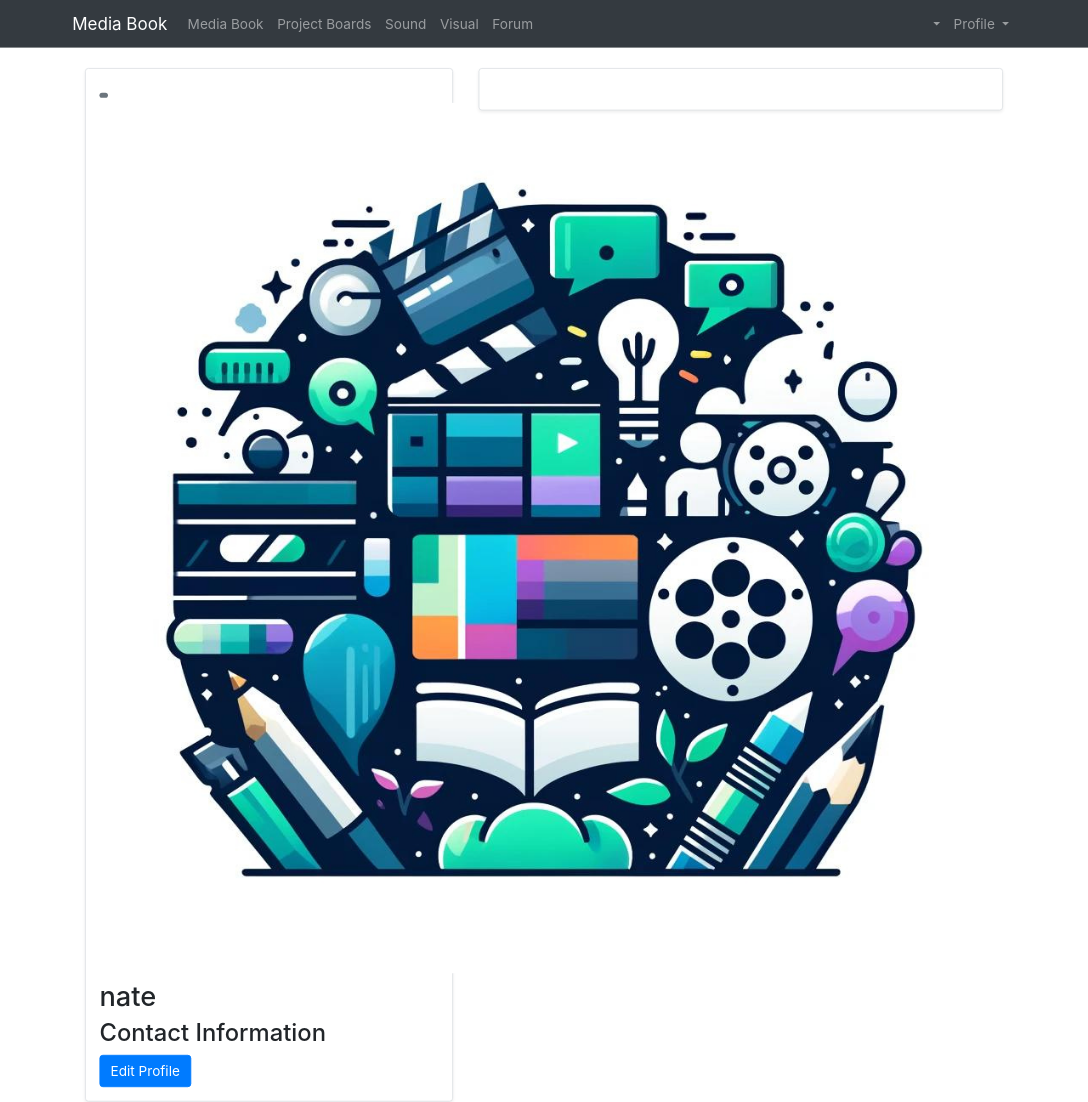
Repository: NateClarkTech/Software-Engineering-3
Page: http://localhost/profile/
An editor plug-in stored every save of this project. The page is shown before and after the next save, followed by the edit.
The browser window is 1280 px wide. The pictures show the whole page, at 85% of full size.
Some web libraries are served in a nearby version. The page is served by the project's application, run on Django 5.2 (manage.py). The first stored user is signed in. The page reads the database file committed with the project.

Above is the page before, as saved 2024-04-12 16:39:33.

After the next save:
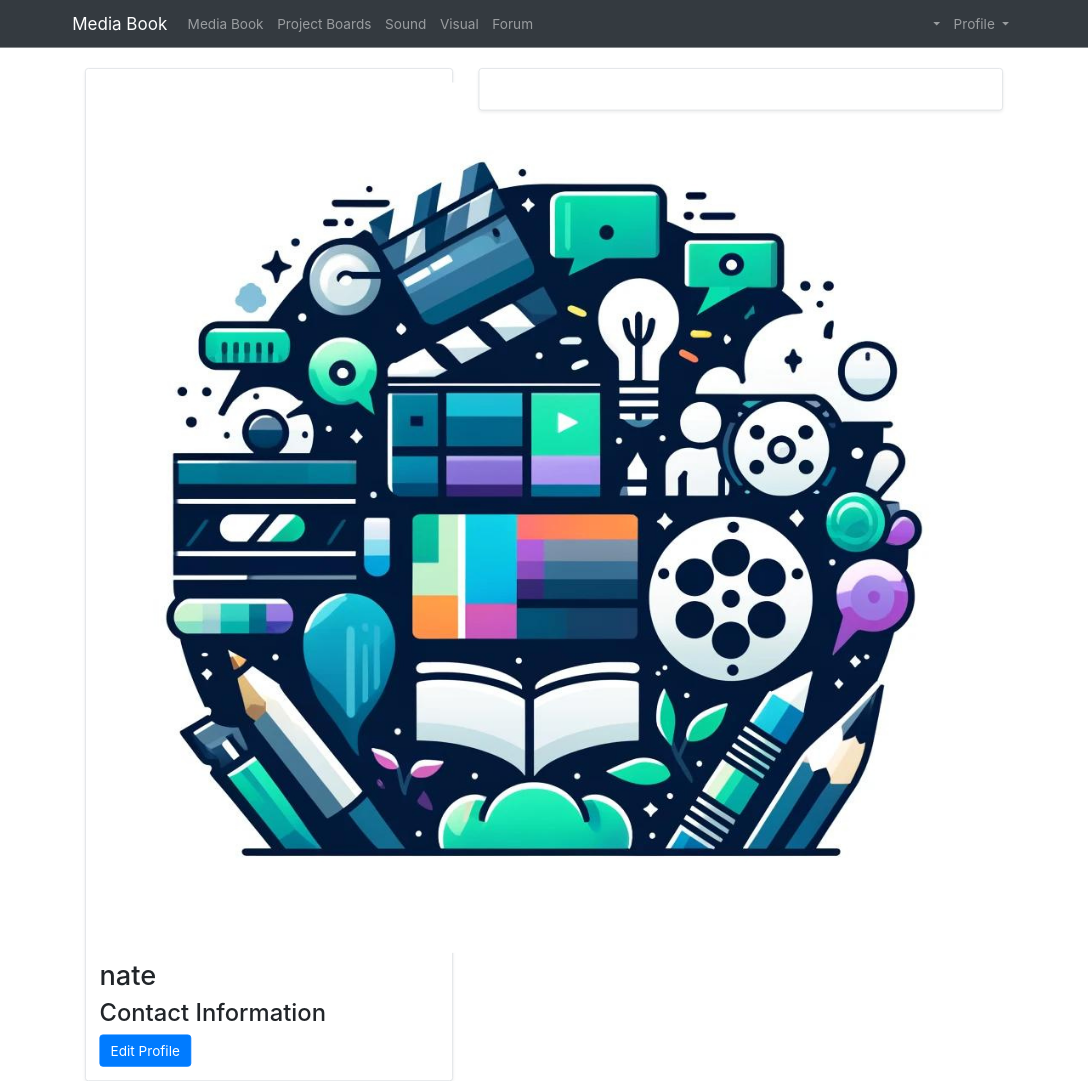
Saved 3 min 35 s later.
--- a/ProfileApp/templates/profiles/profile.html
+++ b/ProfileApp/templates/profiles/profile.html
@@ -105,9 +105,6 @@
         <!-- Left Column for Profile Image and Contact Information -->
         <div class="col-md-5">
             <div class="profile-info bg-white border rounded p-3 shadow-sm">
-                <span class=" badge-spec badge bg-secondary">
-
-                </span>
                 <!-- Profile Image -->
                 {% if profile.profile_picture %}
                     <div>
